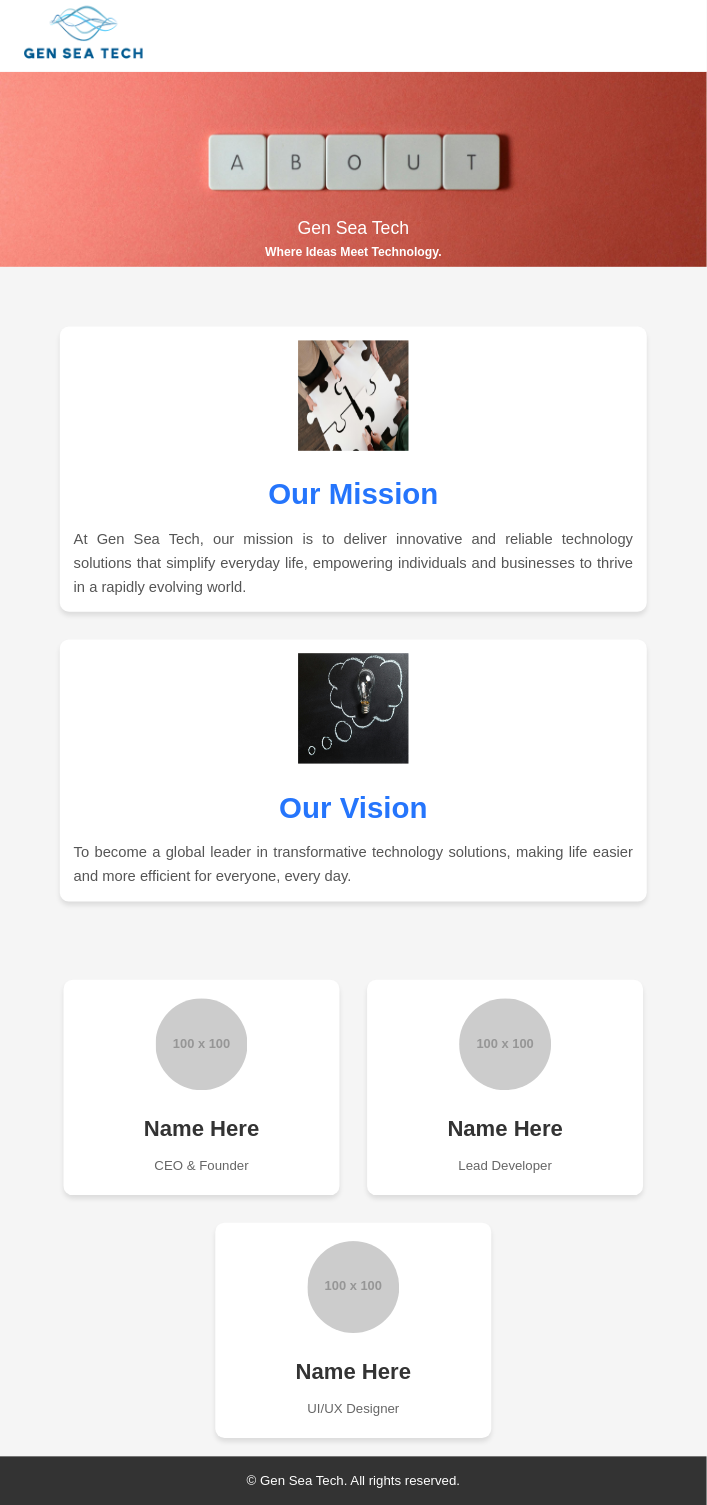
Repository: aniketkhatawkar/Gen_Sea_Tech
Page: http://localhost/GenSeaTech/about.jsp
The author's editor kept a copy of each file at every save. The page is drawn from the files as they stood at one save, then again after the next save.
The browser window is 768 px wide. The pictures show the whole page, at 92% of full size.
The page is served by Tomcat 10.

Above is the page before, as saved 2024-12-14 12:27:03.

After the next save:
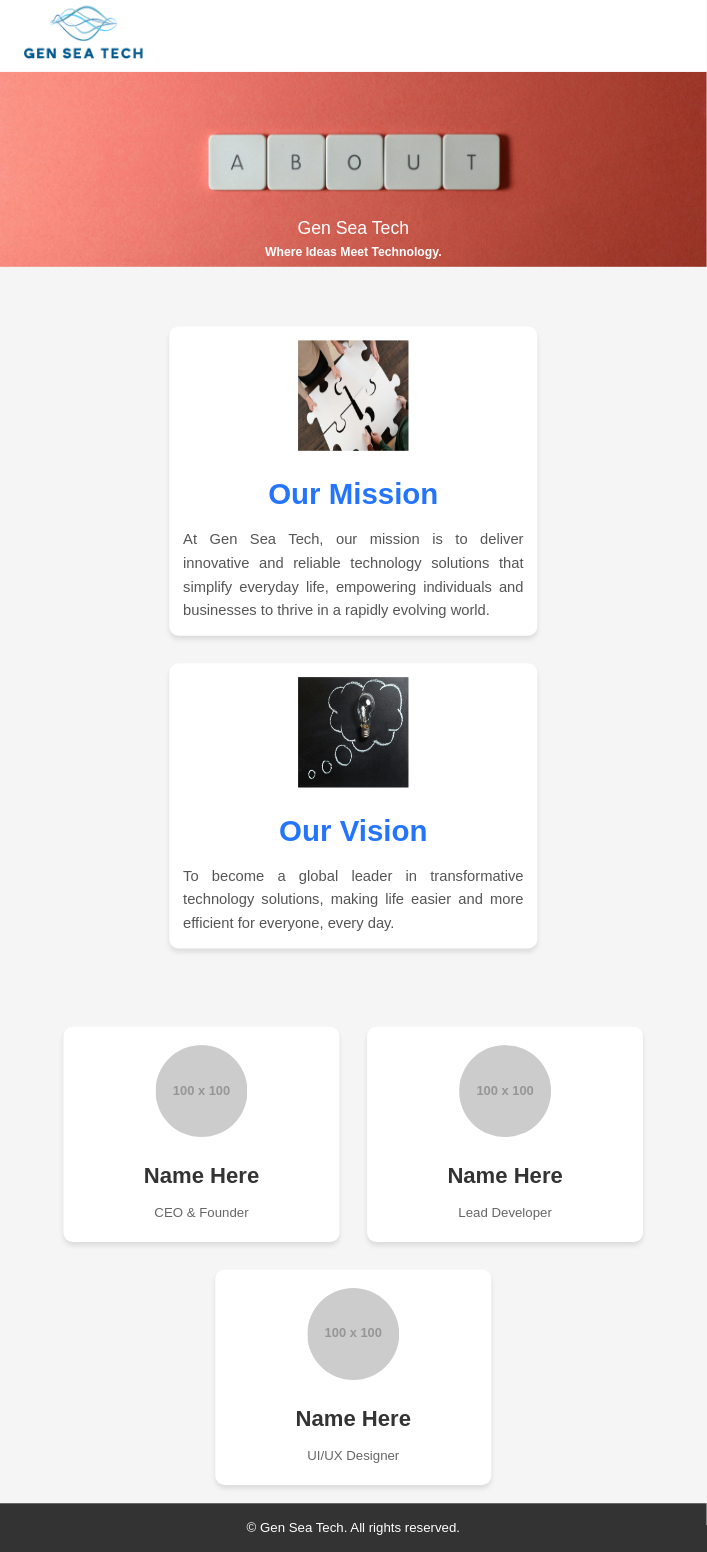
Saved 21 s later.
--- a/GenSeaTech/src/main/webapp/about.jsp
+++ b/GenSeaTech/src/main/webapp/about.jsp
@@ -123,7 +123,7 @@
 
         .mission-vision-card {
             width: 100%;
-            max-width: 700px;
+            max-width: 400px;
         }
 
         .about-card {
